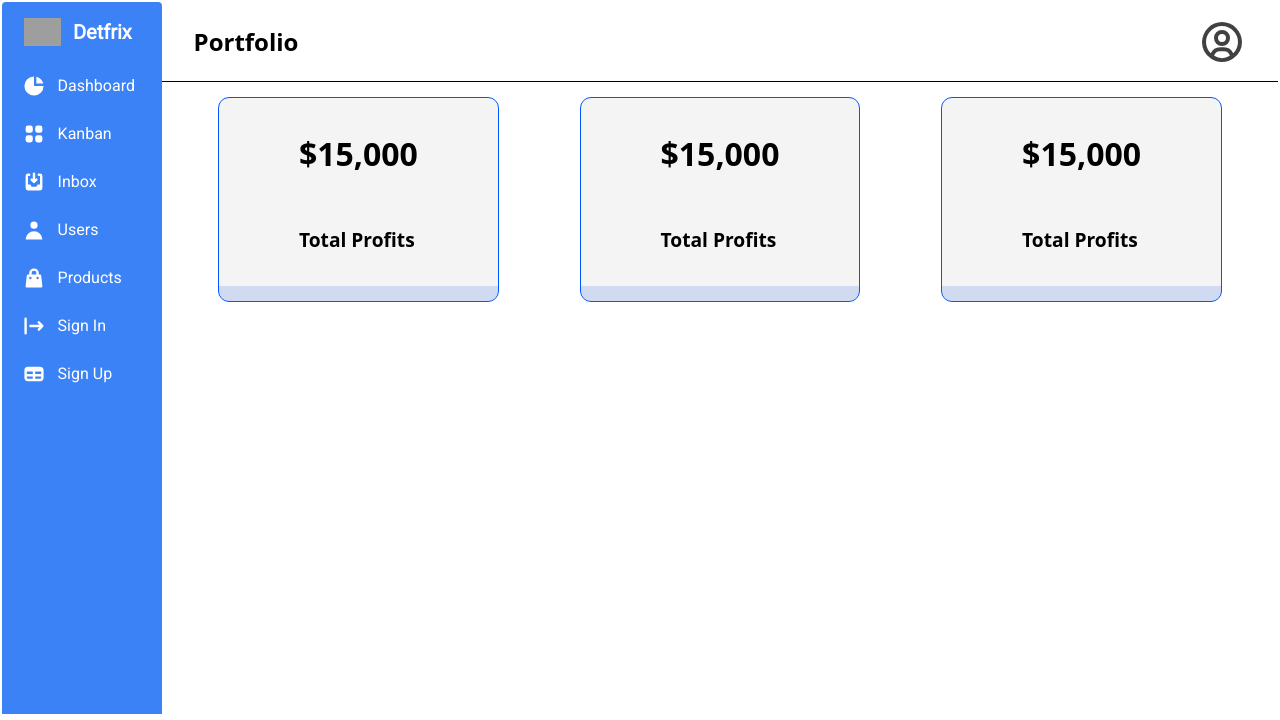
Repository: Elishaokon13/detfrix
Page: /dashboard
These files come from the project's save history. The page is drawn as it stood at one moment and after a run of saves; the edit follows.
The browser window is 1280 px wide. The pictures show the whole page.
Pictures or frames that could not be fetched are drawn as grey boxes. The project was rebuilt for these pictures with package versions that can differ from the ones it lists, and the page was loaded fresh each time. Also part of the build but not shown: src/pages/SignIn.jsx, src/components/HomeHero.jsx, src/components/Navbar.jsx, src/components/Banner.jsx, src/components/Features.jsx, src/components/Footer.jsx, src/components/Plan.jsx, src/components/Testimonals.jsx and 4 more.

Above is the page before, as saved 2022-10-03 23:26:51.

### src/index.js
import React from "react";
import ReactDOM from "react-dom/client";
import "./index.css";
import "./alpha.css";
import App from "./App";

const root = ReactDOM.createRoot(document.getElementById("root"));
root.render(
   <React.StrictMode>
      <App />
   </React.StrictMode>
);

### src/index.css
@import url('https://fonts.googleapis.com/css2?family=Roboto&display=swap');

@tailwind base;
@tailwind components;
@tailwind utilities;

@layer utilities{
    @font-face {
        font-family: 'grotesk';
        src: url('/public/SpaceGrotesk.ttf');
    }
}

### src/alpha.css
:root {
  --color-primary-blue: #0057ff;
  --color-primary-blue-1: #447be7;
  --color-white: #f4f4f4;
}

.dashboard {
  display: grid;
  grid-template-columns: 10rem 1fr;
  grid-template-rows: 75px 1fr 0px;
  grid-template-areas: "sidenav body";
  height: 99vh;
  margin: 0.1rem;
  overflow: hidden;
}
@media only screen and (max-width: 41.875em) {
  .dashboard {
    grid-template-areas: "body";
    grid-template-columns: 1fr;
    height: 100vh;
    margin: 0px;
  }
}
.dashboard_sidebar {
  grid-area: sidenav;
}
@media only screen and (max-width: 41.875em) {
  .dashboard_sidebar {
    display: none;
  }
}
.dashboard_body {
  grid-area: body;
}
.dashboard_header {
  height: 5rem;
  border-bottom: 1px solid;
}
.dashboard_content {
  height: 88.5vh;
  overflow-x: auto;
}

.portfolio-header {
  height: inherit;
  padding: 2rem;
}
.portfolio-icon {
  height: 3rem;
  width: 3rem;
  fill: rgb(65, 65, 65);
}
.portfolio_box {
  padding: 2rem 5rem;
  border-radius: 10px;
  border: transparent;
  background-color: var(--color-white);
  outline: 1px solid var(--color-primary-blue);
  border-bottom: 15px solid rgba(68, 123, 231, 0.2);
}
.portfolio_box > h3 {
  font-size: 2rem;
  font-weight: 600;
  margin-bottom: 3rem;
}
.portfolio_box > p {
  text-transform: capitalize;
  font-size: 1.2rem;
  font-weight: 600;
}
.portfolio-cards {
  margin: 1rem;
}
@media only screen and (max-width: 57.5em) {
  .portfolio-cards {
    display: grid;
    grid-template-columns: repeat(auto-fit, minmax(15rem, 1fr));
  }
}

/*# sourceMappingURL=alpha.css.map */

### src/App.js
import {BrowserRouter as Router, Routes, Route} from 'react-router-dom';
import Home from './pages/Home'
import NotFound from './pages/NotFound'
import SignIn from './pages/SignIn'
import Dashboard from './pages/Dashboard';

function App() {
  return (
    <div className="App">
    <Router>
        <Routes>
          <Route path="/" element={<Home />} />
          <Route path="/signin" element={<SignIn />} />
          <Route path="/dashboard" element={<Dashboard />} />
          <Route path="*" element={<NotFound />} />
        </Routes>
    </Router>

    </div>
  );
}

export default App;

### src/pages/Dashboard.jsx
import React from "react";
import DashboardLayout from "../organism/layout/DashboardLayout";
import PortfolioBox from "../organism/sections/PortfolioBoxSection";
import Portfolio from "../portfolio/Portfolio";

export default function Dashboard() {
   return (
      <DashboardLayout>
         <PortfolioBox />
      </DashboardLayout>
   );
}

### src/organism/layout/DashboardLayout/index.js
import {DashboardLayout} from "./dashboardLayout";
export default DashboardLayout;

### src/organism/sections/PortfolioBoxSection/index.js
import {PortfolioBox} from "./portfolioBox"
export default PortfolioBox;

### src/organism/layout/DashboardLayout/dashboardLayout.jsx
import Sidebar from "../../../components/Sidebar";
import Header from "../../base/dashboardHeader";

export const DashboardLayout = ({ children }) => {
   return (
      <section className="dashboard">
         <div className="dashboard_sidebar">
            <Sidebar />
         </div>
         <div className="dashboard_body">
            <header className="dashboard_header">
               <Header />
            </header>
            <main className="dashboard_content">{children}</main>
         </div>
      </section>
   );
};

### src/organism/sections/PortfolioBoxSection/portfolioBox.jsx
import Box from "../../base/PortfolioBox";

export const PortfolioBox = () => {
   return (
      <div className="flex items-center portfolio-cards justify-around">
         {Array(3)
            .fill()
            .map((el, i) => (
               <Box />
            ))}
      </div>
   );
};

### src/components/Sidebar.jsx
import { BsArrowLeftShort } from 'react-icons/bs';
import { useState } from 'react';

const Sidebar = () => {
   const [open, setOpen] = useState(true);

   return (

      <aside class='w-20  md:w-40' aria-label="Sidebar">
         <div class='overflow-y-auto py-4 px-3  h-screen font-[roboto] bg-blue-500 rounded dark:bg-white-800'>

            <a href="https://flowbite.com/" class="flex items-center pl-2.5 mb-5">
               <img src="https://flowbite.com/docs/images/logo.svg" class="mr-3 h-6 sm:h-7" alt="Flowbite Logo" />
               <span class="self-center text-xl hidden md:inline font-semibold whitespace-nowrap text-white">Detfrix</span>
            </a>

            <ul class="space-y-2">
               <li>
                  <a href="#" class="flex items-center p-2 text-base font-normal text-white rounded-lg dark:text-white hover:bg-white-100 dark:hover:bg-white-700">
                     <svg aria-hidden="true" class="w-6 h-6 text-white transition duration-75 text-white-400 group-hover:text-white dark:group-hover:text-white" fill="currentColor" viewBox="0 0 20 20" xmlns="http://www.w3.org/2000/svg"><path d="M2 10a8 8 0 018-8v8h8a8 8 0 11-16 0z"></path><path d="M12 2.252A8.014 8.014 0 0117.748 8H12V2.252z"></path></svg>
                     <span class="ml-3 hidden md:inline">Dashboard</span>
                  </a>
               </li>
               <li>
                  <a href="#" class="flex items-center p-2 text-base font-normal text-white rounded-lg dark:text-white hover:bg-white-100 dark:hover:bg-white-700">
                     <svg aria-hidden="true" class="flex-shrink-0 w-6 h-6 text-white transition duration-75 dark:text-white-400 group-hover:text-white dark:group-hover:text-white" fill="currentColor" viewBox="0 0 20 20" xmlns="http://www.w3.org/2000/svg"><path d="M5 3a2 2 0 00-2 2v2a2 2 0 002 2h2a2 2 0 002-2V5a2 2 0 00-2-2H5zM5 11a2 2 0 00-2 2v2a2 2 0 002 2h2a2 2 0 002-2v-2a2 2 0 00-2-2H5zM11 5a2 2 0 012-2h2a2 2 0 012 2v2a2 2 0 01-2 2h-2a2 2 0 01-2-2V5zM11 13a2 2 0 012-2h2a2 2 0 012 2v2a2 2 0 01-2 2h-2a2 2 0 01-2-2v-2z"></path></svg>
                     <span class="flex-1 ml-3 hidden md:inline whitespace-nowrap">Kanban</span>

                  </a>
               </li>
               <li>
                  <a href="#" class="flex items-center p-2 text-base font-normal text-white rounded-lg dark:text-white hover:bg-white-100 dark:hover:bg-white-700">
                     <svg aria-hidden="true" class="flex-shrink-0 w-6 h-6 text-white transition duration-75 dark:text-white-400 group-hover:text-white dark:group-hover:text-white" fill="currentColor" viewBox="0 0 20 20" xmlns="http://www.w3.org/2000/svg"><path d="M8.707 7.293a1 1 0 00-1.414 1.414l2 2a1 1 0 001.414 0l2-2a1 1 0 00-1.414-1.414L11 7.586V3a1 1 0 10-2 0v4.586l-.293-.293z"></path><path d="M3 5a2 2 0 012-2h1a1 1 0 010 2H5v7h2l1 2h4l1-2h2V5h-1a1 1 0 110-2h1a2 2 0 012 2v10a2 2 0 01-2 2H5a2 2 0 01-2-2V5z"></path></svg>
                     <span class="flex-1 ml-3 hidden md:inline whitespace-nowrap">Inbox</span>

                  </a>
               </li>
               <li>
                  <a href="#" class="flex items-center p-2 text-base font-normal text-white rounded-lg dark:text-white hover:bg-white-100 dark:hover:bg-white-700">
                     <svg aria-hidden="true" class="flex-shrink-0 w-6 h-6 text-white transition duration-75 dark:text-white-400 group-hover:text-white dark:group-hover:text-white" fill="currentColor" viewBox="0 0 20 20" xmlns="http://www.w3.org/2000/svg"><path fill-rule="evenodd" d="M10 9a3 3 0 100-6 3 3 0 000 6zm-7 9a7 7 0 1114 0H3z" clip-rule="evenodd"></path></svg>
                     <span class="flex-1 ml-3 hidden md:inline whitespace-nowrap">Users</span>
                  </a>
               </li>
               <li>
                  <a href="#" class="flex items-center p-2 text-base font-normal text-white rounded-lg dark:text-white hover:bg-white-100 dark:hover:bg-white-700">
                     <svg aria-hidden="true" class="flex-shrink-0 w-6 h-6 text-white transition duration-75 dark:text-white-400 group-hover:text-white dark:group-hover:text-white" fill="currentColor" viewBox="0 0 20 20" xmlns="http://www.w3.org/2000/svg"><path fill-rule="evenodd" d="M10 2a4 4 0 00-4 4v1H5a1 1 0 00-.994.89l-1 9A1 1 0 004 18h12a1 1 0 00.994-1.11l-1-9A1 1 0 0015 7h-1V6a4 4 0 00-4-4zm2 5V6a2 2 0 10-4 0v1h4zm-6 3a1 1 0 112 0 1 1 0 01-2 0zm7-1a1 1 0 100 2 1 1 0 000-2z" clip-rule="evenodd"></path></svg>
                     <span class="flex-1 ml-3 hidden md:inline whitespace-nowrap">Products</span>
                  </a>
               </li>
               <li>
                  <a href="#" class="flex items-center p-2 text-base font-normal text-white rounded-lg dark:text-white hover:bg-white-100 dark:hover:bg-white-700">
                     <svg aria-hidden="true" class="flex-shrink-0 w-6 h-6 text-white transition duration-75 dark:text-white-400 group-hover:text-white dark:group-hover:text-white" fill="currentColor" viewBox="0 0 20 20" xmlns="http://www.w3.org/2000/svg"><path fill-rule="evenodd" d="M3 3a1 1 0 00-1 1v12a1 1 0 102 0V4a1 1 0 00-1-1zm10.293 9.293a1 1 0 001.414 1.414l3-3a1 1 0 000-1.414l-3-3a1 1 0 10-1.414 1.414L14.586 9H7a1 1 0 100 2h7.586l-1.293 1.293z" clip-rule="evenodd"></path></svg>
                     <span class="flex-1 ml-3 hidden md:inline whitespace-nowrap">Sign In</span>
                  </a>
               </li>
               <li>
                  <a href="#" class="flex items-center p-2 text-base font-normal text-white rounded-lg dark:text-white hover:bg-white-100 dark:hover:bg-white-700">
                     <svg aria-hidden="true" class="flex-shrink-0 w-6 h-6 text-white transition duration-75 dark:text-white-400 group-hover:text-white dark:group-hover:text-white" fill="currentColor" viewBox="0 0 20 20" xmlns="http://www.w3.org/2000/svg"><path fill-rule="evenodd" d="M5 4a3 3 0 00-3 3v6a3 3 0 003 3h10a3 3 0 003-3V7a3 3 0 00-3-3H5zm-1 9v-1h5v2H5a1 1 0 01-1-1zm7 1h4a1 1 0 001-1v-1h-5v2zm0-4h5V8h-5v2zM9 8H4v2h5V8z" clip-rule="evenodd"></path></svg>
                     <span class="flex-1 ml-3 hidden md:inline whitespace-nowrap">Sign Up</span>
                  </a>
               </li>
            </ul>
         </div>
      </aside>
   )
}

export default Sidebar

### src/organism/base/dashboardHeader/index.js
import { Header } from "./header";
export default Header;

### src/organism/base/PortfolioBox/index.js
import { Box } from "./Box";
export default Box;

### src/organism/base/dashboardHeader/header.jsx
import { BiUserCircle } from "react-icons/bi";
export const Header = () => {
   return (
      <div className="flex items-center justify-between portfolio-header">
         <h2 className="text-2xl font-semibold capitalize">Portfolio</h2>
         <span>
            <BiUserCircle className="portfolio-icon" />
         </span>
      </div>
   );
};

### src/organism/base/PortfolioBox/Box.jsx
import React from "react";

export const Box = ({ amount = "15,000", name = "total profits" }) => {
   return (
      <div className="portfolio_box flex flex-col justify-around">
         <h3>${amount}</h3>
         <p>{name}</p>
      </div>
   );
};

### tailwind.config.js
/** @type {import('tailwindcss').Config} */
module.exports = {
  content: [
    "./src/**/*.{js,jsx,ts,tsx}",
  ],
  theme: {
    fontFamily:{
      'roboto': ['roboto', 'sans-serif'],
      'syne': ['syne', 'sans-serif']
    },
    extend: {},
  },
  plugins: [],
}

Loaded but not shown: public/index.html (common file)

After the next 2 saves:
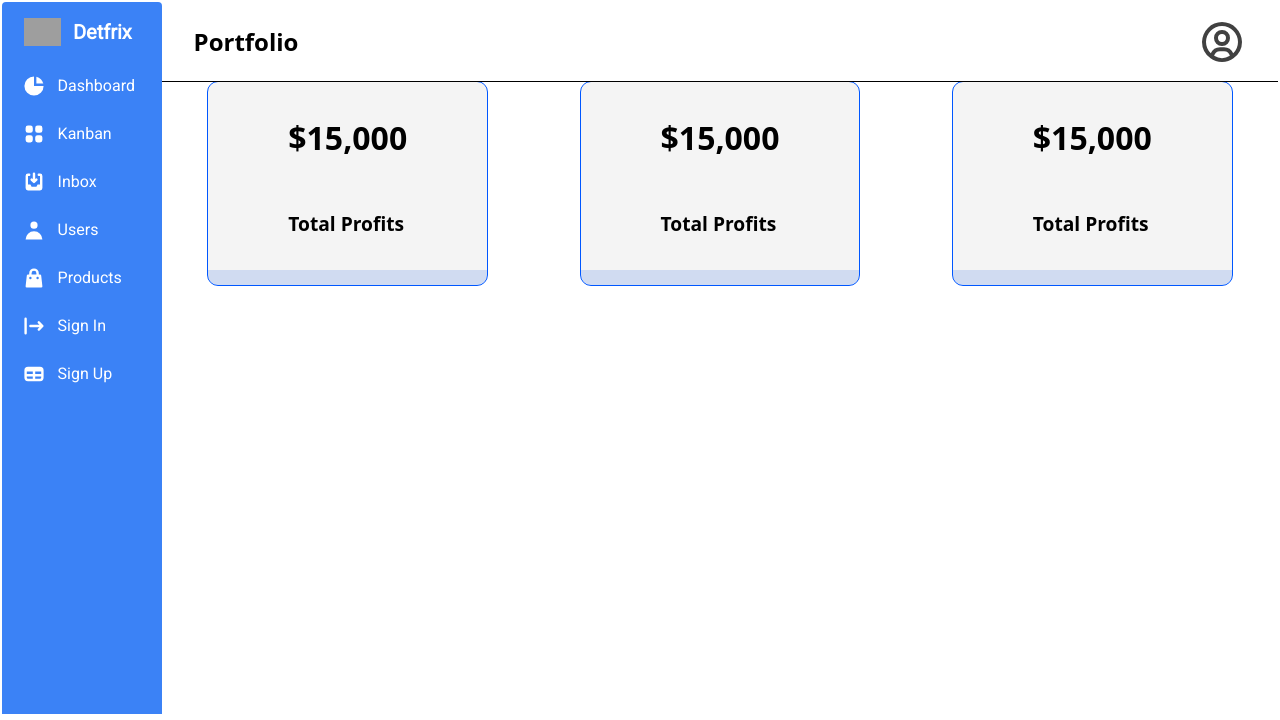
The 2 saves are shown as one change because they came seconds apart.
The last was saved 104 s later.
--- a/src/organism/sections/PortfolioBoxSection/portfolioBox.jsx
+++ b/src/organism/sections/PortfolioBoxSection/portfolioBox.jsx
@@ -2,7 +2,7 @@
 
 export const PortfolioBox = () => {
    return (
-      <div className="flex items-center portfolio-cards justify-around">
+      <div className="flex items-center mt-1.portfolio-cards justify-around">
          {Array(3)
             .fill()
             .map((el, i) => (

After the 2 saves that followed:
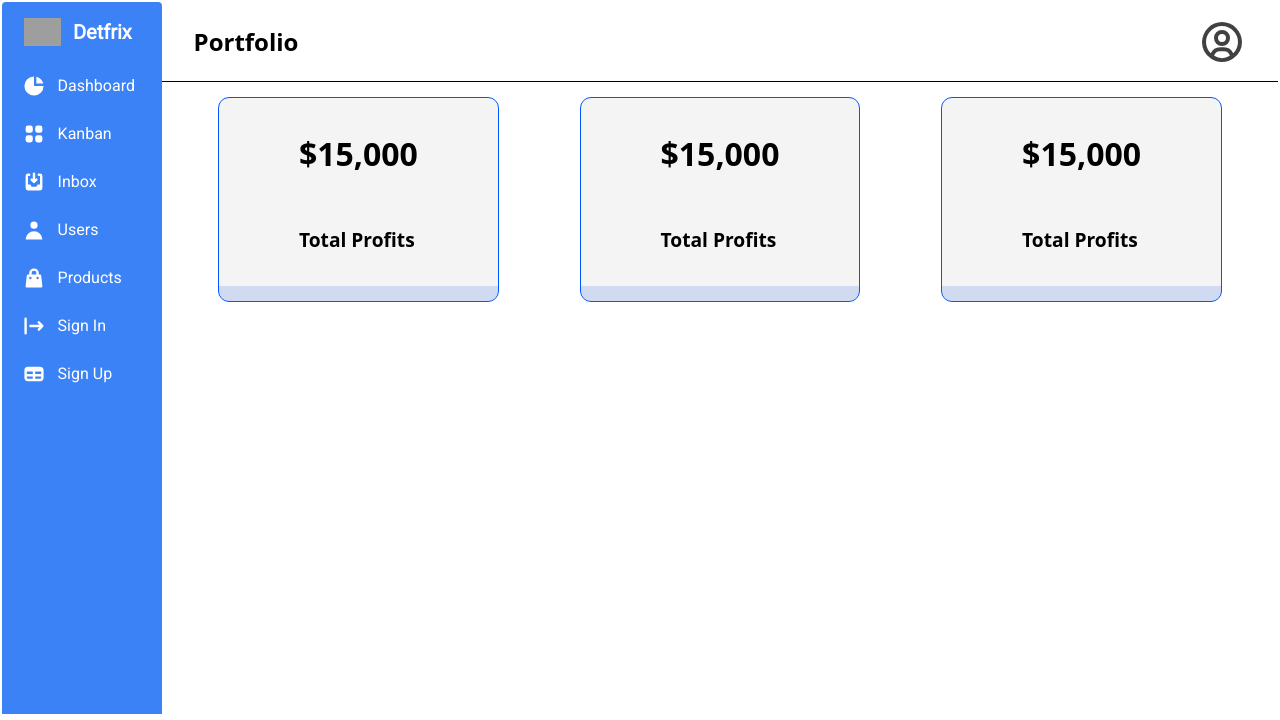
The 2 saves are shown as one change because they came seconds apart.
The last was saved 6 s later.
--- a/src/organism/sections/PortfolioBoxSection/portfolioBox.jsx
+++ b/src/organism/sections/PortfolioBoxSection/portfolioBox.jsx
@@ -2,7 +2,7 @@
 
 export const PortfolioBox = () => {
    return (
-      <div className="flex items-center mt-1.portfolio-cards justify-around">
+      <div className="flex items-center mt-1.5 mb-1.5 portfolio-cards justify-around">
          {Array(3)
             .fill()
             .map((el, i) => (
